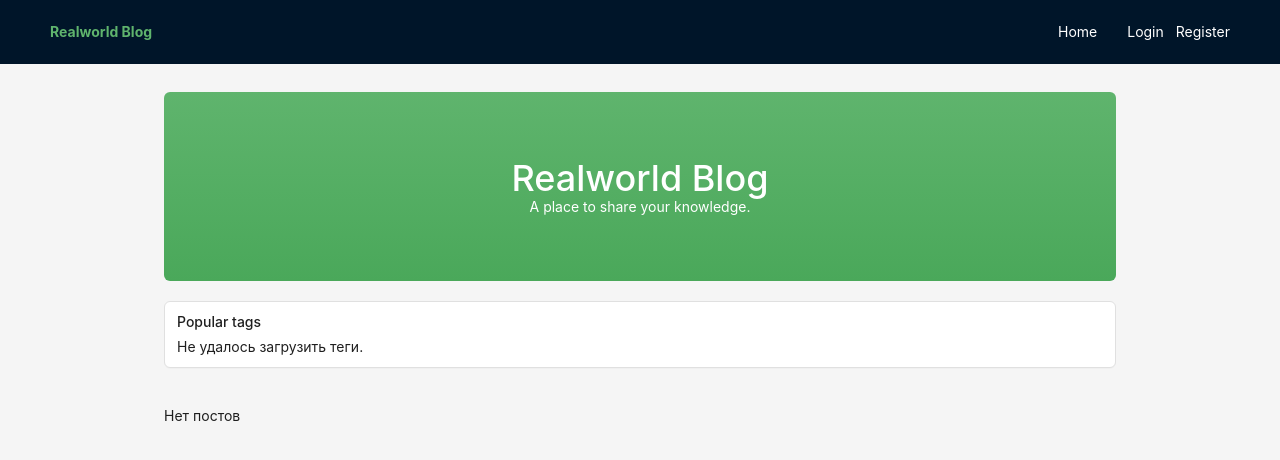
Repository: Rafged/S1mple-blog
Page: / (app in S1mple-blog-main/)
These files come from the project's save history. The page is drawn as it stood at one moment and after a run of saves; the edit follows.
The browser window is 1280 px wide. The pictures show the whole page.
The page's requests for data from a server got no answer. The project was rebuilt for these pictures with package versions that can differ from the ones it lists, and the page was loaded fresh each time. No one was signed in, and anything a server would have sent is missing. Also part of the build but not shown: S1mple-blog-main/vite.config.js, S1mple-blog-main/src/pages/Login.jsx, S1mple-blog-main/src/pages/Register.jsx, S1mple-blog-main/src/pages/NewPost.jsx, S1mple-blog-main/src/pages/Settings.jsx, S1mple-blog-main/src/pages/Article.jsx, S1mple-blog-main/src/pages/Profile.css, S1mple-blog-main/src/pages/Profile.jsx.

Above is the page before, as saved 2025-10-06 14:46:38.

### S1mple-blog-main/index.html
<!doctype html>
<html lang="ru">
  <head>
    <meta charset="utf-8" />
    <meta name="viewport" content="width=device-width, initial-scale=1.0" />
    <title>Realworld Vite React</title>
  </head>
  <body>
    <div id="root"></div>
    <script type="module" src="/src/main.jsx"></script>
  </body>
</html>

### S1mple-blog-main/src/main.jsx
import React from 'react'
import { createRoot } from 'react-dom/client'
import { BrowserRouter } from 'react-router-dom'
import App from './App'
import 'antd/dist/reset.css'
import './styles.css'

createRoot(document.getElementById('root')).render(
  <React.StrictMode>
    <BrowserRouter>
      <App/>
    </BrowserRouter>
  </React.StrictMode>
)

### S1mple-blog-main/src/App.jsx
import React, { useEffect, useState } from 'react'
import { Routes, Route, Link, useNavigate } from 'react-router-dom'
import { Layout, Button } from 'antd'
import Home from './pages/Home'
import Login from './pages/Login'
import Register from './pages/Register'
import NewPost from './pages/NewPost'
import Settings from './pages/Settings'
import Article from './pages/Article'
import Profile from './pages/Profile'

const { Header, Content } = Layout

function getUsername(){ return localStorage.getItem('username') || null }

export default function App(){
  const [auth, setAuth] = useState(!!localStorage.getItem('token'))
  const navigate = useNavigate()

  useEffect(()=> {
    function onStorage(){ setAuth(!!localStorage.getItem('token')) }
    window.addEventListener('storage', onStorage)
    return ()=> window.removeEventListener('storage', onStorage)
  },[])

  function doLogout(){
    try{
      localStorage.removeItem('token'); localStorage.removeItem('username'); localStorage.removeItem('user');
    }catch(e){}
    setAuth(false);
    navigate('/');
    window.location.reload();
  }

  return (
    <Layout style={{minHeight:'100vh'}}>
      <Header style={{display:'flex', alignItems:'center', justifyContent:'space-between'}}>
        <div style={{color:'#5fb46d', fontWeight:700}}>Realworld Blog</div>
        <div>
          <Link to="/" style={{marginRight:30, color:'#fff'}}>Home</Link>
          {auth && <Link to="/new" style={{marginRight:25, color:'#fff'}}>New post</Link>}
          {auth && <Link to="/settings" style={{marginRight:20, color:'#fff'}}>Settings</Link>}
          {auth ? (
            <>
              <Link to={ getUsername() ? ('/profile/' + getUsername()) : '/profile' } style={{marginRight:25, color:'#fff'}}>
                Hi, {getUsername() || 'Unknown'}
              </Link>
              <Button onClick={doLogout}>Log out</Button>
            </>
          ) : (
            <>
              <Link to="/login" style={{marginRight:12, color:'#fff'}}>Login</Link>
              <Link to="/register" style={{color:'#fff'}}>Register</Link>
            </>
          )}
        </div>
      </Header>
      <Content style={{padding:24}}>
        <div style={{maxWidth:960, margin:'0 auto'}}>
          <Routes>
            <Route path="/" element={<Home/>}/>
            <Route path="/login" element={<Login onAuth={() => setAuth(true)}/>}/>
            <Route path="/register" element={<Register onAuth={() => setAuth(true)}/>}/>
            <Route path="/new" element={<NewPost/>}/>
            <Route path="/settings" element={<Settings/>}/>
            <Route path="/article/:slug" element={<Article/>}/>
            <Route path="/profile" element={<Profile/>}/>
            <Route path="/profile/:username" element={<Profile/>}/>
          </Routes>
        </div>
      </Content>
    </Layout>
  )
}

### S1mple-blog-main/src/styles.css
:root{ --green: #55b36b }
body{ font-family: Inter, "Open Sans", Arial, sans-serif; margin:0; background:#fafafa; color:#222 }
.container{ max-width:1600px; margin:0 auto; padding:4px }
.brand{ color:var(--green); font-weight:700; font-size:20px; margin-right:12px }
.banner{ background:linear-gradient(180deg,#5fb46d,#4aa85a); color:#fff; padding:66px; border-radius:6px; margin-bottom:20px }
.meta{ color:#777; margin-top:6px }


/* Cards and Popular Tags box */
.popular-box{
  border:1px solid #e0e0e0;
  border-radius:6px;
  padding:12px;
  background:#fff;
  box-shadow: 0 1px 0 rgba(0,0,0,0.02);
  margin-bottom:20px;
}
.tag-btn{
  padding:6px 10px;
  border-radius:16px;
  border:1px solid #ddd;
  background:#fff;
  cursor:pointer;
  font-size:13px;
}
.article-card{
  border:1px solid #e0e0e0;
  border-radius:6px;
  padding:16px;
  background:#fff;
  margin-bottom:18px;
  margin-left: 1px;
  width: 950px;
  box-shadow: 0 1px 0 rgba(0,0,0,0.02);
}
.article-meta{ color:#7a7a7a; margin-bottom:6px; font-size:14px }
.favorite-badge{
  border:1px solid #5cb85c;
  padding:6px 10px;
  border-radius:8px;
  background:#fff;
  cursor:pointer;
  font-weight:600;
  display:inline-flex;
  align-items:center;
  gap:8px;
}

### S1mple-blog-main/src/pages/Home.jsx
import React, { useEffect, useState } from 'react'
import { getArticles, favoriteArticle, unfavoriteArticle } from '../api'
import { Link } from 'react-router-dom'
import PopularTags from '../components/PopularTags'
import Pagination from '../components/Pagination'

export default function Home(){
  const [articles, setArticles] = useState([])
  const [currentPage, setCurrentPage] = useState(1)
  const [totalPages, setTotalPages] = useState(1)
  const limit = 3

  useEffect(()=> {
    load(currentPage)
  },[currentPage])

  async function load(page = 1){
    try{
      const offset = (page-1)*limit
      const res = await getArticles(`?limit=${limit}&offset=${offset}`)
      setArticles(res.articles || [])
      const count = res.articlesCount || (res.articles ? res.articles.length : 0)
      setTotalPages(Math.max(1, Math.ceil(count / limit)))
    }catch(e){
      console.error(e)
    }
  }

  async function toggleFav(a){
    if(!localStorage.getItem('token')){ alert('Войдите чтобы оценивать'); return; }
    try{
      if(a.favorited) await unfavoriteArticle(a.slug)
      else await favoriteArticle(a.slug)
      await load(currentPage)
    }catch(e){ console.error(e); alert('Ошибка') }
  }

  return (
    <div className="container">
      <div className="banner" style={{textAlign:'center'}}>
        <h1 style={{margin:0, fontSize:36}}>Realworld Blog</h1>
        <p style={{margin:0}}>A place to share your knowledge.</p>
      </div>

      {/* Popular tags at center top */}
      <div style={{display:'flex', justifyContent:'center', marginBottom:20}}>
        <div style={{maxWidth:1200, width:'100%'}}>
          <PopularTags />
        </div>
      </div>

      <div>
        {articles.length === 0 ? <div>Нет постов</div> : articles.map(a => (
          <div key={a.slug} className="article-card">
            <div style={{display:'flex', justifyContent:'space-between', alignItems:'flex-start'}}>
              <div>
                <div className="article-meta"><Link to={`/profile`}>{a.author?.username}</Link> · {new Date(a.createdAt).toLocaleDateString()}</div>
                <Link to={`/article/${a.slug}`} style={{textDecoration:'none'}}>
                  <h2 style={{margin:'8px 0', color:'#222'}}>{a.title}</h2>
                </Link>
                <p style={{color:'#555'}}>{a.description || (a.body && a.body.slice(0,200)+'...')}</p>
                <div style={{marginTop:8}}>
                  {a.tagList && a.tagList.map(t => <span key={t} className="tag-btn">{t}</span>)}
                </div>
              </div>
              <div>
                <button className="favorite-badge" onClick={()=>toggleFav(a)} title="Favorite">
                  ❤️ <span style={{marginLeft:6}}>{a.favoritesCount||0}</span>
                </button>
              </div>
            </div>
          </div>
        ))}
        <Pagination currentPage={currentPage} totalPages={totalPages} onPageChange={(p)=>setCurrentPage(p)} />
      </div>
    </div>
  )
}

### S1mple-blog-main/src/api.js
const API = '/api'

function getToken(){
  return localStorage.getItem('token')
}

function authHeaders(){
  const t = getToken()
  return t ? { 'Authorization': 'Token ' + t } : {}
}

async function request(path, opts = {}){
  const headers = { 'Content-Type': 'application/json', ...(opts.headers||{}), ...authHeaders() }
  const res = await fetch(API + path, {...opts, headers})
  const text = await res.text()
  let body = null
  try { body = text ? JSON.parse(text) : {} } catch(e){ body = {raw: text} }
  if(!res.ok) throw { status: res.status, body }
  return body
}

export async function getArticles(query=''){
  return request('/articles' + (query||''))
}

export async function getArticle(slug){
  return request('/articles/' + slug)
}

export async function favoriteArticle(slug){
  return request('/articles/' + slug + '/favorite', { method: 'POST' })
}
export async function unfavoriteArticle(slug){
  return request('/articles/' + slug + '/favorite', { method: 'DELETE' })
}

export async function getTags(){ return request('/tags') }

export async function login(email, password){ return request('/users/login', { method:'POST', body: JSON.stringify({user:{email, password}}) }) }
export async function register(username,email,password){ return request('/users', { method:'POST', body: JSON.stringify({user:{username,email,password}}) }) }
export async function getCurrentUser(){ return request('/user') }
export async function updateUser(payload){ return request('/user', { method:'PUT', body: JSON.stringify({user: payload}) }) }

export async function createArticle(article){ return request('/articles', { method:'POST', body: JSON.stringify({article}) }) }
export async function getArticlesByAuthor(author){ return request('/articles?author=' + encodeURIComponent(author)) }

### S1mple-blog-main/src/components/PopularTags.jsx
import React, { useEffect, useState } from "react";
import { getTags } from "../api";

const PopularTags = () => {
  const [tags, setTags] = useState([]);
  const [error, setError] = useState(null);

  useEffect(() => {
    const fetchTags = async () => {
      try {
        const res = await getTags();
        if (res && res.tags) setTags(res.tags);
      } catch (e) {
        setError(true);
        console.warn("Failed to load tags", e);
      }
    };
    fetchTags();
  }, []);

  return (
    <div className="popular-box">
      <h4 style={{ margin: "0 0 8px 0" }}>Popular tags</h4>
      {error ? (
        <div>Не удалось загрузить теги.</div>
      ) : (
        <div style={{ display: "flex", gap: 8, flexWrap: "wrap" }}>
          {tags.length === 0 ? <span>Нет тегов</span> : tags.map((t) => (
            <button key={t} className="tag-btn">{t}</button>
          ))}
        </div>
      )}
    </div>
  );
};

export default PopularTags;

### S1mple-blog-main/src/components/Pagination.jsx
import React from "react";

const Pagination = ({ articlesCount, limit, currentPage, onPageChange }) => {
  const pages = Math.ceil(articlesCount / limit);

  return (
    <ul className="pagination">
      {Array.from({ length: pages }, (_, i) => (
        <li
          key={i}
          className={`page-item ${currentPage === i + 1 ? "active" : ""}`}
          onClick={() => onPageChange(i + 1)}
        >
          <span className="page-link">{i + 1}</span>
        </li>
      ))}
    </ul>
  );
};

export default Pagination;

After the next 2 saves:
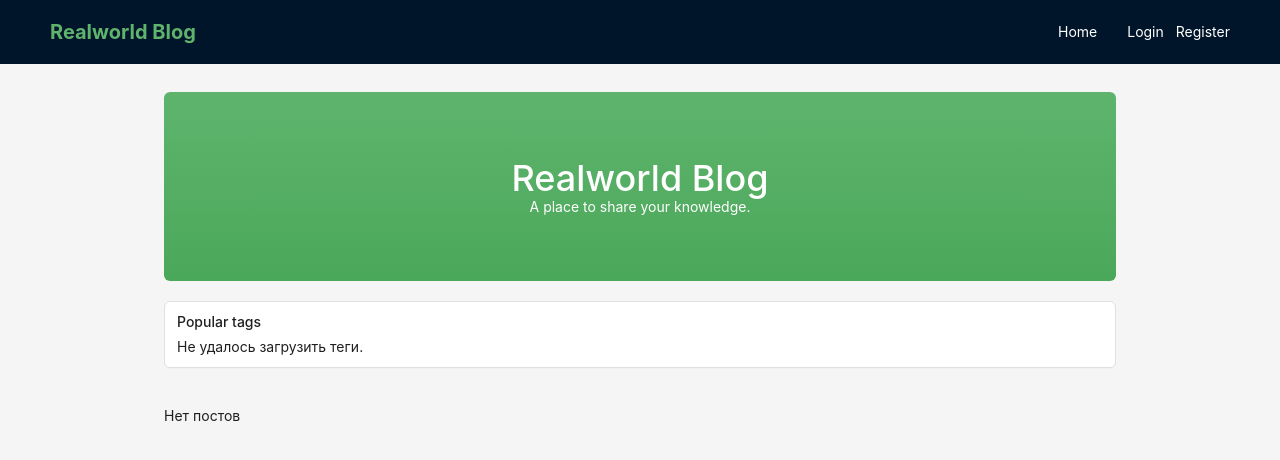
The 2 saves are shown as one change because they came seconds apart.
The last was saved 14 s later.
--- a/S1mple-blog-main/src/App.jsx
+++ b/S1mple-blog-main/src/App.jsx
@@ -35,7 +35,7 @@ export default function App(){
   return (
     <Layout style={{minHeight:'100vh'}}>
       <Header style={{display:'flex', alignItems:'center', justifyContent:'space-between'}}>
-        <div style={{color:'#5fb46d', fontWeight:700}}>Realworld Blog</div>
+        <div style={{color:'#5fb46d', fontWeight:700, fontSize: '20px'}}>Realworld Blog</div>
         <div>
           <Link to="/" style={{marginRight:30, color:'#fff'}}>Home</Link>
           {auth && <Link to="/new" style={{marginRight:25, color:'#fff'}}>New post</Link>}
